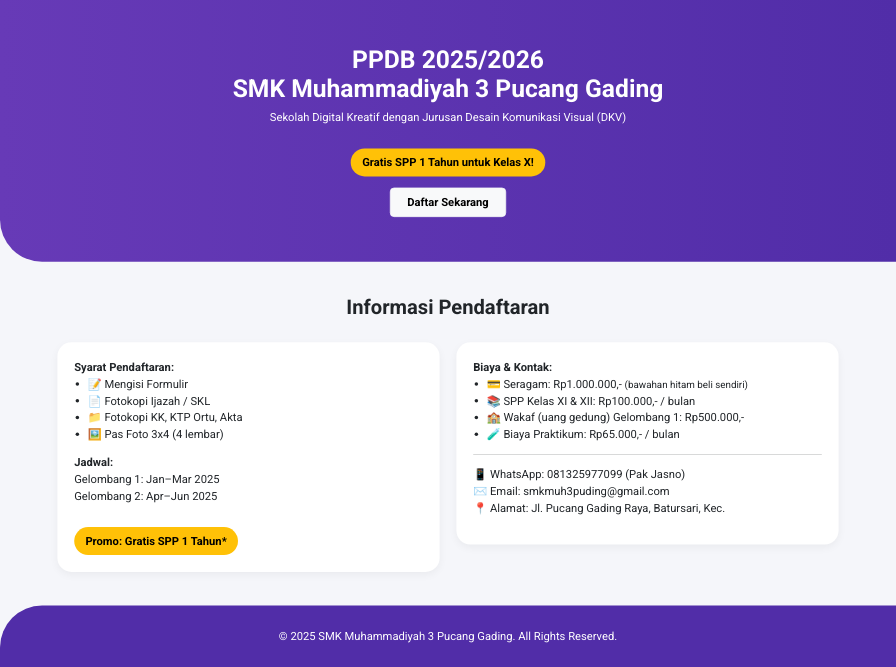
Repository: ppdbsmkmutipuga/ppdbsmkmutipuga.github.io
Page: index.html
The author's editor kept a copy of each file at every save. The page is drawn from the files as they stood at one save, then again after the next save.
The browser window is 1280 px wide. The pictures show the part of the page from y = 0 to 1920 px (the page is 953 px tall before and 2777 px after), at 70% of full size.

Above is the page before, as saved 2025-06-28 08:03:18.

After the next save:
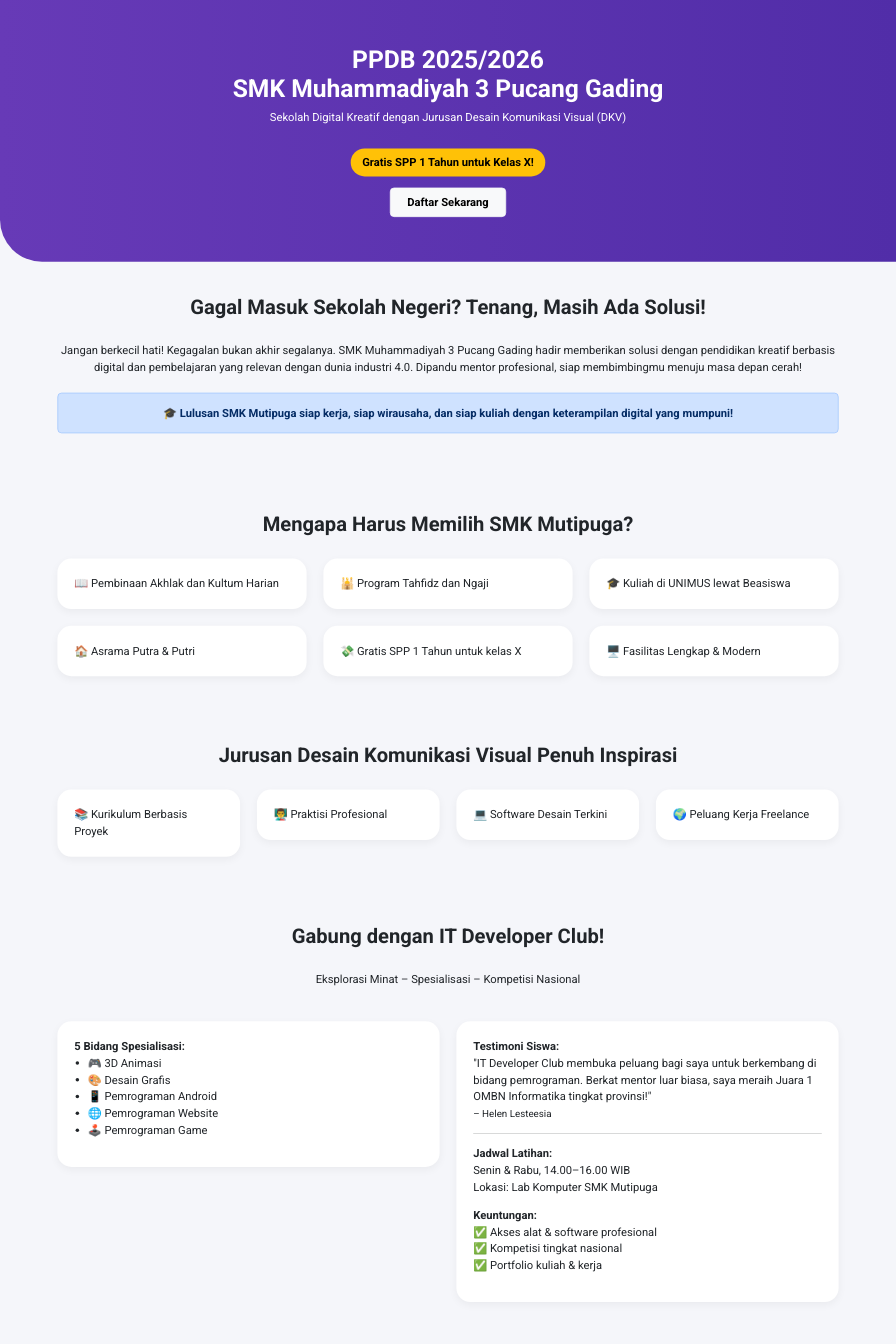
Saved 111 s later.
--- a/index.html
+++ b/index.html
@@ -78,7 +78,111 @@
         <a href="#pendaftaran" class="btn btn-light mt-3 fw-bold px-4 py-2">Daftar Sekarang</a>
     </header>
 
-    <!-- Bagian lainnya tetap sama -->
+    <section class="container py-5">
+        <h2 class="section-title">Gagal Masuk Sekolah Negeri? Tenang, Masih Ada Solusi!</h2>
+        <p class="text-center">Jangan berkecil hati! Kegagalan bukan akhir segalanya. SMK Muhammadiyah 3 Pucang Gading
+            hadir memberikan solusi dengan pendidikan kreatif berbasis digital dan pembelajaran yang relevan dengan
+            dunia industri 4.0. Dipandu mentor profesional, siap membimbingmu menuju masa depan cerah!</p>
+        <div class="alert alert-primary mt-4 text-center fw-semibold">
+            🎓 Lulusan SMK Mutipuga siap kerja, siap wirausaha, dan siap kuliah dengan keterampilan digital yang
+            mumpuni!
+        </div>
+    </section>
+
+    <section class="container py-5">
+        <h2 class="section-title">Mengapa Harus Memilih SMK Mutipuga?</h2>
+        <div class="row g-4">
+            <div class="col-md-4">
+                <div class="card-custom">📖 Pembinaan Akhlak dan Kultum Harian</div>
+            </div>
+            <div class="col-md-4">
+                <div class="card-custom">🕌 Program Tahfidz dan Ngaji</div>
+            </div>
+            <div class="col-md-4">
+                <div class="card-custom">🎓 Kuliah di UNIMUS lewat Beasiswa</div>
+            </div>
+            <div class="col-md-4">
+                <div class="card-custom">🏠 Asrama Putra & Putri</div>
+            </div>
+            <div class="col-md-4">
+                <div class="card-custom">💸 Gratis SPP 1 Tahun untuk kelas X</div>
+            </div>
+            <div class="col-md-4">
+                <div class="card-custom">🖥️ Fasilitas Lengkap & Modern</div>
+            </div>
+        </div>
+    </section>
+
+    <section class="container py-5">
+        <h2 class="section-title">Jurusan Desain Komunikasi Visual Penuh Inspirasi</h2>
+        <div class="row g-4">
+            <div class="col-md-3">
+                <div class="card-custom">📚 Kurikulum Berbasis Proyek</div>
+            </div>
+            <div class="col-md-3">
+                <div class="card-custom">👨‍🏫 Praktisi Profesional</div>
+            </div>
+            <div class="col-md-3">
+                <div class="card-custom">💻 Software Desain Terkini</div>
+            </div>
+            <div class="col-md-3">
+                <div class="card-custom">🌍 Peluang Kerja Freelance</div>
+            </div>
+        </div>
+    </section>
+
+    <section class="container py-5">
+        <h2 class="section-title">Gabung dengan IT Developer Club!</h2>
+        <p class="text-center">Eksplorasi Minat – Spesialisasi – Kompetisi Nasional</p>
+        <div class="row g-4 mt-4">
+            <div class="col-md-6">
+                <div class="card-custom">
+                    <strong>5 Bidang Spesialisasi:</strong>
+                    <ul>
+                        <li>🎮 3D Animasi</li>
+                        <li>🎨 Desain Grafis</li>
+                        <li>📱 Pemrograman Android</li>
+                        <li>🌐 Pemrograman Website</li>
+                        <li>🕹️ Pemrograman Game</li>
+                    </ul>
+                </div>
+            </div>
+            <div class="col-md-6">
+                <div class="card-custom">
+                    <strong>Testimoni Siswa:</strong>
+                    <blockquote>"IT Developer Club membuka peluang bagi saya untuk berkembang di bidang pemrograman.
+                        Berkat mentor luar biasa, saya meraih Juara 1 OMBN Informatika tingkat provinsi!"<br><small>–
+                            Helen Lesteesia</small></blockquote>
+                    <hr>
+                    <p><strong>Jadwal Latihan:</strong><br>
+                        Senin & Rabu, 14.00–16.00 WIB<br>
+                        Lokasi: Lab Komputer SMK Mutipuga</p>
+                    <p><strong>Keuntungan:</strong><br>
+                        ✅ Akses alat & software profesional<br>
+                        ✅ Kompetisi tingkat nasional<br>
+                        ✅ Portfolio kuliah & kerja</p>
+                </div>
+            </div>
+        </div>
+    </section>
+
+    <section class="container py-5">
+        <h2 class="section-title">Kegiatan & Ekstrakurikuler Seru</h2>
+        <div class="row g-4">
+            <div class="col-md-3">
+                <div class="card-custom">💻 Coding di Lab</div>
+            </div>
+            <div class="col-md-3">
+                <div class="card-custom">🖌️ Desain Grafis</div>
+            </div>
+            <div class="col-md-3">
+                <div class="card-custom">📖 Ngaji Bersama</div>
+            </div>
+            <div class="col-md-3">
+                <div class="card-custom">🏅 Tapak Suci, Futsal & Seni</div>
+            </div>
+        </div>
+    </section>
 
     <section id="pendaftaran" class="container py-5">
         <h2 class="section-title">Informasi Pendaftaran</h2>
@@ -114,6 +218,7 @@
                 </div>
             </div>
         </div>
+        <p class="text-center mt-3"><small>*Syarat & ketentuan berlaku untuk pendaftar Gelombang 1</small></p>
     </section>
 
     <footer class="footer">
